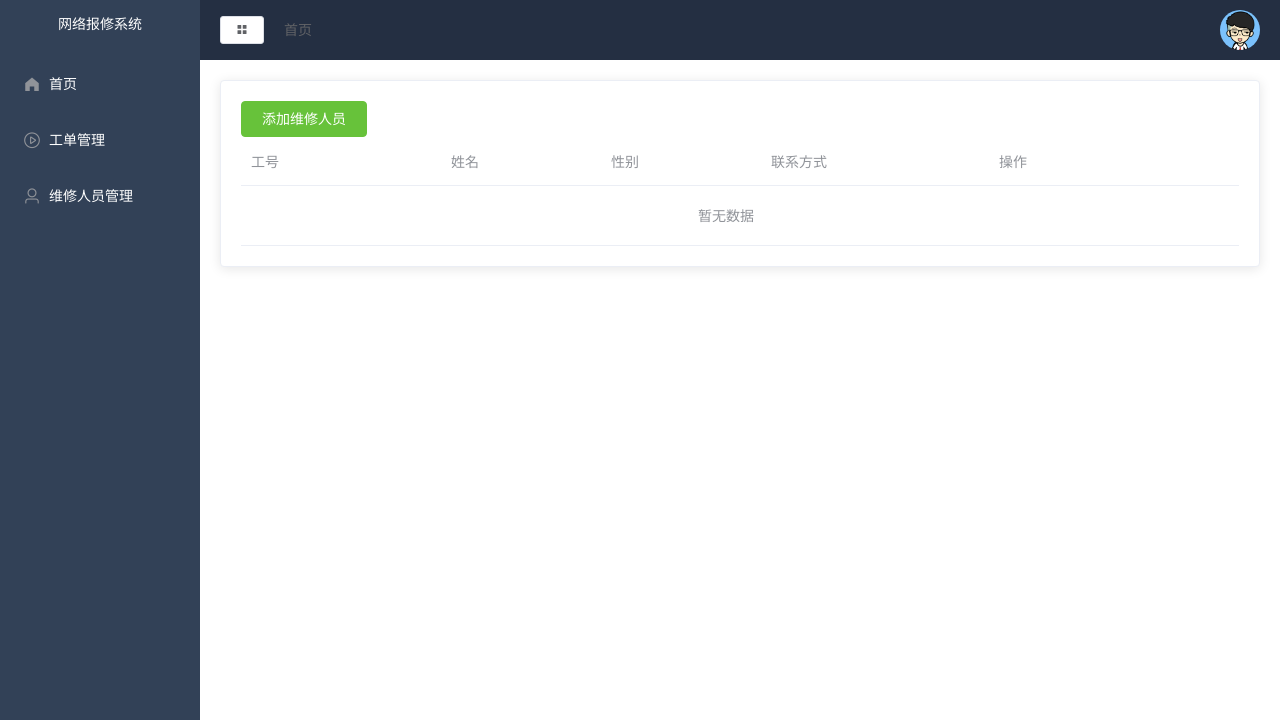
Repository: LtheW/vue
Page: /home
These files come from the project's save history. The page is drawn as it stood at one moment and after the next save; the edit follows.
The browser window is 1280 px wide. The pictures show the whole page.
The page's requests for data from a server got no answer. The project was rebuilt for these pictures with package versions that can differ from the ones it lists, and the page was loaded fresh each time. No one was signed in, and anything a server would have sent is missing. Also part of the build but not shown: vue.config.js, src/components/CommonTag.vue, src/views/Submit.vue, src/views/Maintainer/Add.vue.

Above is the page before, as saved 2022-03-27 11:07:57.

### src/main.js
import Vue from 'vue'
import App from './App.vue'
import router from './router'
import store from './store'
//引入element ui
import ElementUI from 'element-ui';
import 'element-ui/lib/theme-chalk/index.css';
import '@/assets/scss/reset.scss' //全局样式
import Axios from 'axios';//后台交互
import Antd from 'ant-design-vue';
import 'ant-design-vue/dist/antd.css';
import 'font-awesome/scss/font-awesome.scss'
Vue.prototype.$http=Axios
//defaults 设置全局默认路径
Axios.defaults.baseURL="/"

Vue.use(ElementUI,Antd);
Vue.config.productionTip = false

new Vue({
  router,
  store,
  render: h => h(App)
}).$mount('#app')

### src/router/index.js
import Vue from 'vue'
import VueRouter from 'vue-router'
import Main from '../views/Main.vue'
import Submit from'../views/Submit.vue'
import Maintainer_Add from'../views/Maintainer/Add.vue'
Vue.use(VueRouter)

const routes = [
  {
    path:'/login',
    name:'Login',
    component:()=>import('@/views/Login')
  },
  {

    path: '/',
    name: 'Main',
    component: Main,
    children: [
      {
        path: '/',
        name: 'search',
        component: () => import('@/views/About')
      },
      {
        path: '/form',
        name: 'form',
        component: () => import('@/views/Form/Form')
      },
      {
        path: '/home',
        name: 'home',
        component: () => import('@/views/Maintainer/Maintainer')
      },
      {
        path: '/submit',
        name: 'submit',
        component: Submit,
      },
      {
        path: '/maintainer_add',
        name: 'add',
        component: Maintainer_Add,
      },
    ]
    },


]

const router = new VueRouter({
  mode:'history',
  base: process.env.BASE_URL,
  routes
})

export default router

### src/views/Main.vue
<template>
  <el-container style="height: 100%">
    <el-aside width="auto" height="100%" ><common-aside></common-aside></el-aside>
    <el-container>
      <el-header>
        <common-header></common-header>

      </el-header>
      <el-main><router-view /></el-main>
    </el-container>
  </el-container>
</template>

<script>
import CommonAside from "../components/CommonAside.vue";
import CommonHeader from "../components/CommonHeader.vue";
import CommonTag from "../components/CommonTag.vue";
export default {
  name: "Main",
  components: { CommonAside, CommonHeader, CommonTag },
};
</script>
, CommonTab
<style lang="scss" scoped>
.el-header {
  background: #242F42;
}
.el-main {
  padding-top: 20rpx;
}
</style>

### src/views/Maintainer/Maintainer.vue

<template>
  <div>
    <el-card>
    <el-button @click="add()" type="success" size="medium">添加维修人员</el-button>
    <el-table :data="tableData" style="width: 100%" max-height="100%">
      <el-table-column fixed prop="jobNumber" label="工号" width="200">
      </el-table-column>
      <el-table-column prop="name" label="姓名" width="160"> </el-table-column>
      <el-table-column prop="sex" label="性别" width="160"> </el-table-column>
      <el-table-column prop="contactInformation" label="联系方式" width="200">
      </el-table-column>
      <el-table-column fixed="right" label="操作" width="250">
        <template slot-scope="scope">
          <el-button @click="Booking(scope.row)" type="danger" size="small">
            删除
          </el-button>
        </template>
      </el-table-column>
    </el-table>
    </el-card>
  </div>
</template>

<script>
export default {
  methods: {
    add() {
      this.$router.push({
        name: "add"
      });
    },
    Booking(row) {
    this.$http({
        url: "/api/administer/deletemaintainer",
        method: "delete",
        headers: { "X-Requested-With": "XMLHttpRequest" },
        params: {
          administer_number: this.$store.state.administer_number,
          maintainer_number: row.jobNumber,
          passport: this.$store.state.password,
        }, //传值 如：params:{id:1,name:"gw"}
      }).then((res) => {
        console.log("删除成功");
        console.log(res);
        this.$router.go(0);
      });
    },
  },
  data() {
    return {
      tableData: [],
      state: ["待维修", "维修中", "维修完成"],
    };
  },
  created() {
    this.$http({
      url: "/api/administer/maintainerlist",
      method: "get",
      headers: { "X-Requested-With": "XMLHttpRequest" },
    }).then((res) => {
      console.log("数据接收");
      this.tableData = res.data.data;

      console.log(res);
    });
  },
};
</script>

### src/store/tab.js
export default{
    state:{
        isCollapse: false
    },
    mutations:{
        collapseMenu(state){
            state.isCollapse=!state.isCollapse
        }
    }
}

### src/components/CommonAside.vue
<template>
  <el-menu
    class="el-menu-vertical-demo"
    :collapse="isCollapse"
    background-color="#324157"
    text-color="#fff"
    active-text-color="#ffd04b"
  >
    <h3 v-show="!isCollapse">网络报修系统</h3>
    <h3 v-show="isCollapse">后台</h3>
    <el-menu-item
      :index="item.path"
      v-for="item in noChildren"
      :key="item.path"
      @click="clickMenu(item)"
    >
      <i :class="'el-icon-' + item.icon"></i>
      <span slot="title">{{ item.label }}</span>
    </el-menu-item>
    <el-submenu :index="item.label" v-for="item in hasChildren" :key="item.path">
      <template slot="title">
        <i :class="'el-icon-' + item.icon"></i>
        <span slot="title">{{ item.label }}</span>
      </template>
      <el-menu-item-group>
        <el-menu-item
          :index="subItem.path"
          v-for="(subItem, subIndex) in item.children"
          :key="subIndex"
          @click="clickMenu(item)"
        >
          <i :class="'el-icon-' + subItem.icon"></i>
          <span slot="title">{{ subItem.label }}</span>
        </el-menu-item>
      </el-menu-item-group>
    </el-submenu>
  </el-menu>
</template>

<script>
export default {
  data() {
    return {
      menu: [
        {
          path: "/",
          name: "search",
          label: "首页",
          icon: "s-home",
          url: "Maintainer/Maintainer",
        },
        {
          path: "/form",
          name: "form",
          label: "工单管理",
          icon: "video-play",
          url: "Form/Form",
        },
        {
          path: "/home",
          name: "home",
          label: "维修人员管理",
          icon: "user",
          url: "Home/Home",
        },
      ],
    };
  },
  methods: {
    // handleOpen(key, keyPath) {
    //   console.log(key, keyPath);
    // },
    // handleClose(key, keyPath) {
    //   console.log(key, keyPath);
    // },
    clickMenu(item) {
      this.$router.push({ name: item.name });
      this.$store.commit("selectMenu", item);
    },
  },
  computed: {
    noChildren() {
      return this.menu.filter((item) => !item.children);
    },
    hasChildren() {
      return this.menu.filter((item) => item.children);
    },
    isCollapse() {
      return this.$store.state.tab.isCollapse;
    },
  },
};
</script>

<style lang="scss" scoped>
.el-menu {
  height: 100%;
  border: none;
  h3 {
    color: #ffffff;
    text-align: center;
    line-height: 48px;
  }
}
.el-menu-vertical-demo:not(.el-menu--collapse) {
  width: 200px;
  min-height: 100vh;
}
</style>

### src/components/CommonHeader.vue
<template>
  <header>
    <div class="l-content">
      <el-button plain icon="el-icon-menu" size="mini" @click="handleMenu"></el-button>
      <el-breadcrumb>
        <el-breadcrumb-item :to="{ path: '/' }">首页</el-breadcrumb-item>
        <el-breadcrumb-item :to="current.path" v-if="current">{{
          current.label
        }}</el-breadcrumb-item>
      </el-breadcrumb>
    </div>
    <div class="r-content">
      <el-dropdown trigger="click" size="mini">
        <span class="el-dropdown-link">
          <img :src="userImg" class="user" />
        </span>
        <el-dropdown-menu slot="dropdown">
          <el-dropdown-item>个人中心</el-dropdown-item>
          <el-dropdown-item @click.native="logOut">退出</el-dropdown-item>
        </el-dropdown-menu>
      </el-dropdown>
    </div>
  </header>
</template>

<script>
import { mapState } from "vuex";
export default {
  data() {
    return {
      userImg: require("../assets/images/user.png"),
    };
  },
  methods: {
    handleMenu() {
      this.$store.commit("collapseMenu");
    },
    logOut() {
      this.$store.commit("clearToken");
      this.$store.commit("clearMenu");
      // location.reload();
      this.$router.push("/login");
    },
  },
  computed: {
    ...mapState({
      current: (state) => state.tab.currentMenu,
    }),
  },
};
</script>

<style lang="scss" scoped>
header {
  display: flex;
  height: 100%;
  align-items: center;
  justify-content: space-between;
}

.l-content {
  display: flex;
  align-items: center;
  .el-button {
    margin-right: 20px;
  }
}

.r-content {
  .user {
    width: 40px;
    height: 40px;
    border-radius: 50%;
  }
}
</style>

<style lang="scss">
.el-breadcrumb__item {
  .el-breadcrumb__inner {
    color: #666;
    font-weight: normal;
  }
  &:last-child {
    .el-breadcrumb__inner {
      color: white;
    }
  }
}
</style>

Loaded but not shown: public/index.html (common file); src/App.vue (common file); src/store/index.js (common file); src/assets/scss/reset.scss (common file)

After the next save:
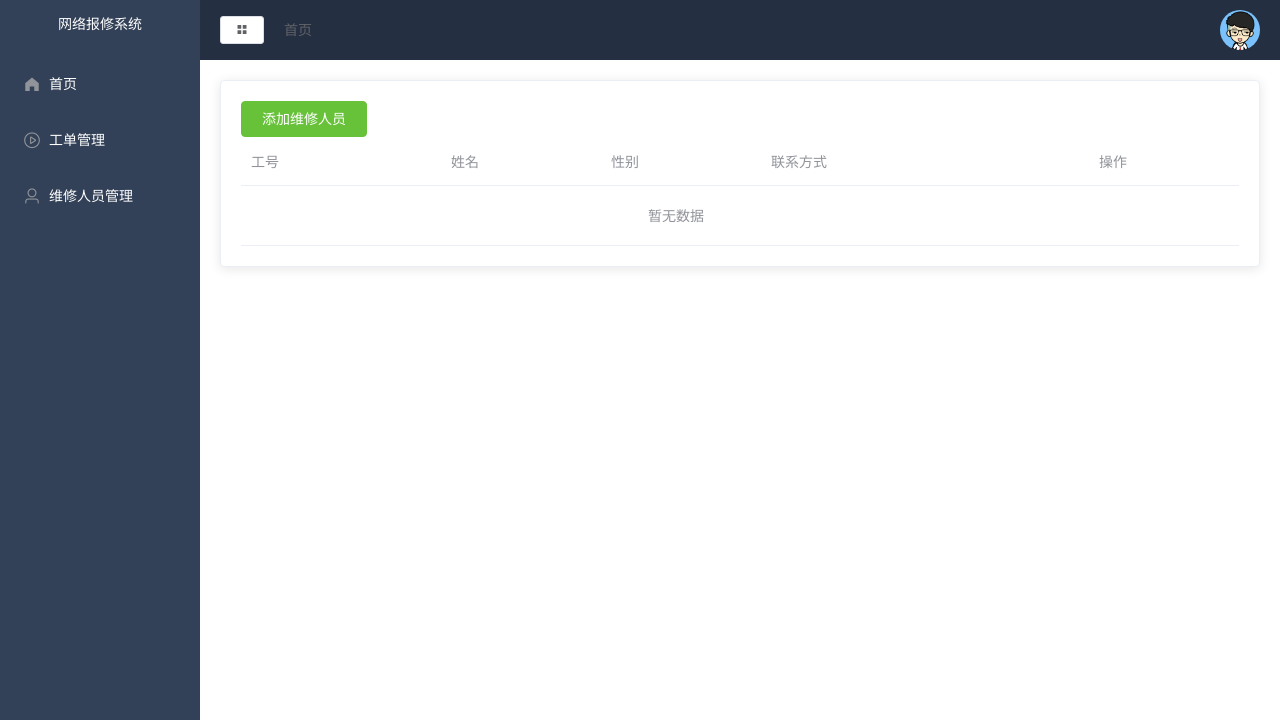
Saved 4 s later.
--- a/src/views/Maintainer/Maintainer.vue
+++ b/src/views/Maintainer/Maintainer.vue
@@ -10,7 +10,7 @@
       <el-table-column prop="sex" label="性别" width="160"> </el-table-column>
       <el-table-column prop="contactInformation" label="联系方式" width="200">
       </el-table-column>
-      <el-table-column fixed="right" label="操作" width="250">
+      <el-table-column fixed="right" label="操作" width="150">
         <template slot-scope="scope">
           <el-button @click="Booking(scope.row)" type="danger" size="small">
             删除

After the save that followed:
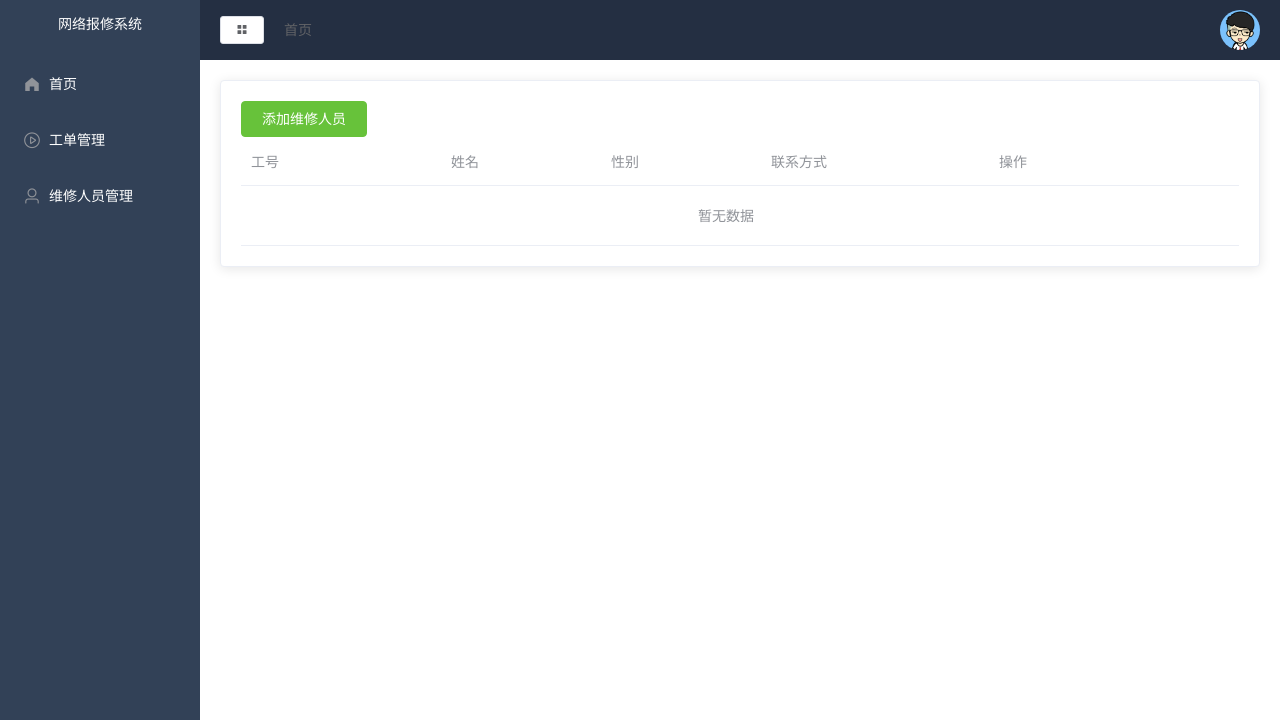
Saved 6 s later.
--- a/src/views/Maintainer/Maintainer.vue
+++ b/src/views/Maintainer/Maintainer.vue
@@ -10,7 +10,7 @@
       <el-table-column prop="sex" label="性别" width="160"> </el-table-column>
       <el-table-column prop="contactInformation" label="联系方式" width="200">
       </el-table-column>
-      <el-table-column fixed="right" label="操作" width="150">
+      <el-table-column fixed="right" label="操作" width="250">
         <template slot-scope="scope">
           <el-button @click="Booking(scope.row)" type="danger" size="small">
             删除
